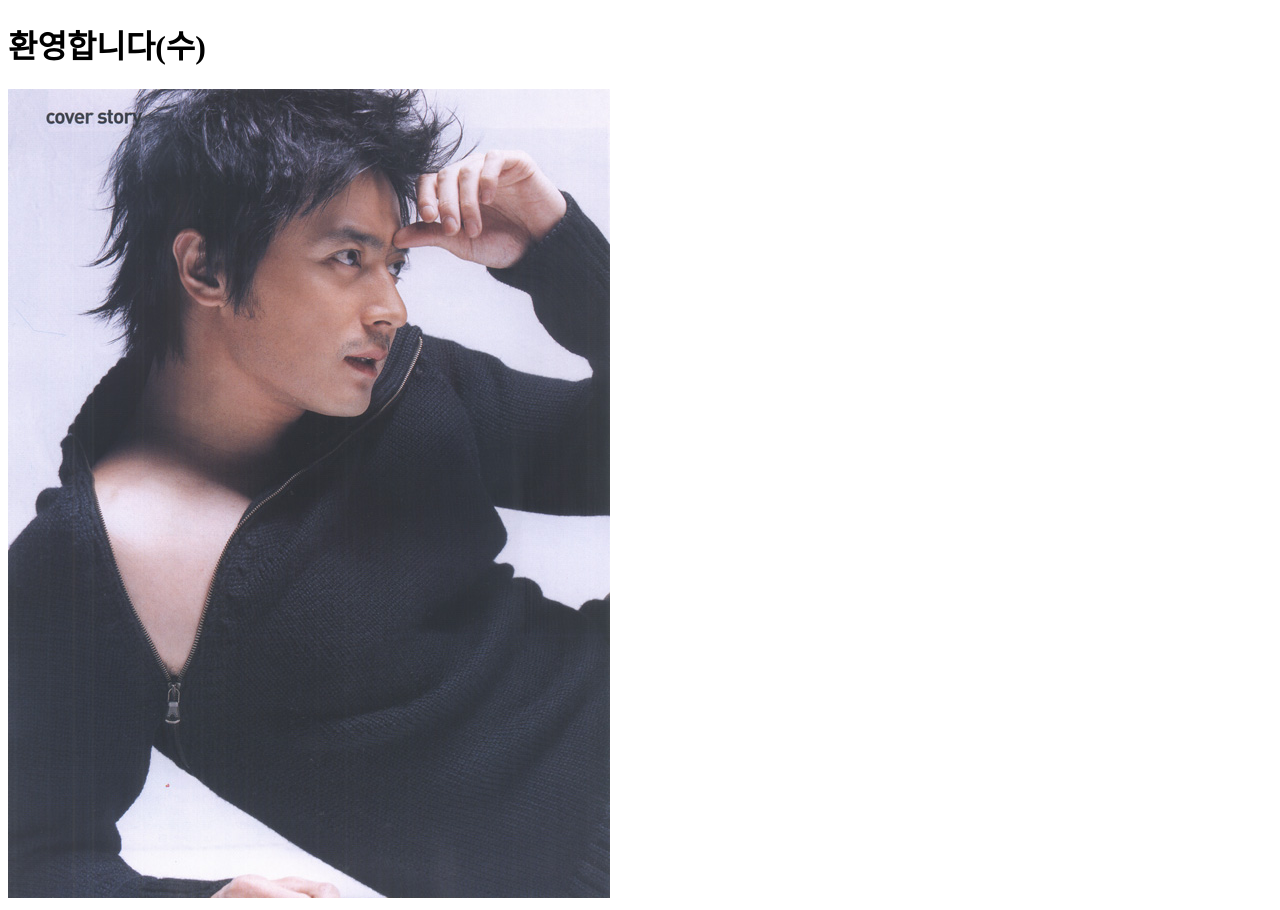
Repository: wishinghyun/multicampus
Page: webwork/clientweb/WebContent/js_basic/js_switch_test.html
The author's editor kept a copy of each file at every save. The page is drawn from the files as they stood at one save, then again after the next save.
The browser window is 1280 px wide. The pictures show the whole page.

Above is the page before, as saved 2020-01-07 03:54:40.

### webwork/clientweb/WebContent/js_basic/js_switch_test.html
<!DOCTYPE html>
<html>
<head>
	<meta charset="EUC-KR">
	<title>Insert title here</title>
</head>
<body>
	<script type="text/javascript">
		var jumsu;
		jumsu= 100;
		switch(jumsu/10)
		{
			case 10:
			case 9:
			case 8:
				document.write("<h1>환영합니다(수)</h1>");
				document.write("<img src='../images/jang1.jpg'/>");
				break;
			case 7:
			case 6:
				document.write("미");
				break;
			case 5:
			case 4:
				document.write("우");
				break;
			case 3:
			case 2:
				document.write("양");
				break;
			case 1:
			case 0:
				document.write("가");
				break;
			default:
				alert("잘못입력");
		}
	</script>
</body>
</html>

After the next save:
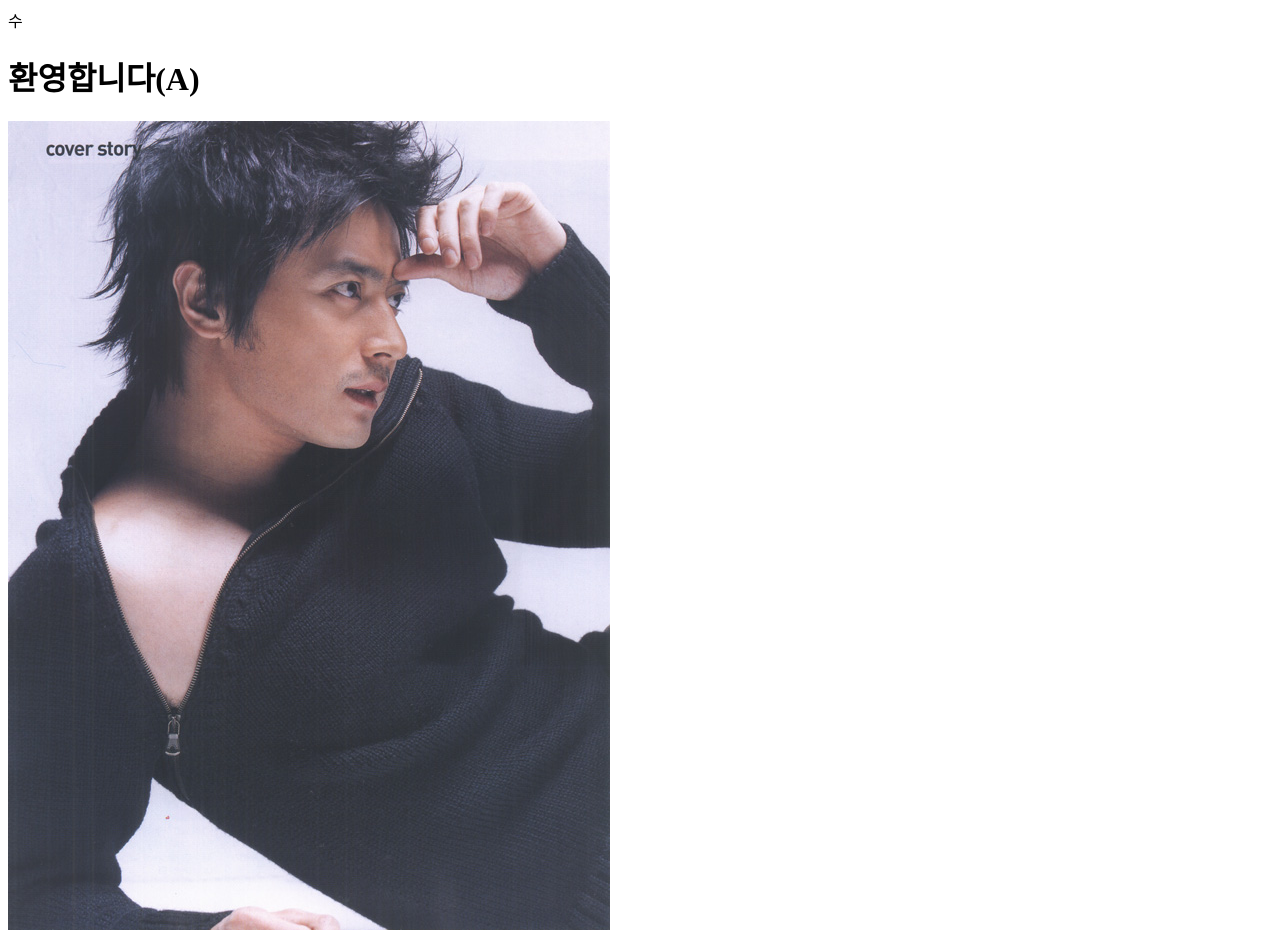
Saved 3 min 12 s later.
--- a/webwork/clientweb/WebContent/js_basic/js_switch_test.html
+++ b/webwork/clientweb/WebContent/js_basic/js_switch_test.html
@@ -13,7 +13,8 @@
 			case 10:
 			case 9:
 			case 8:
-				document.write("<h1>환영합니다(수)</h1>");
+				document.write("수");
+				document.write("<h1>환영합니다(A)</h1>");
 				document.write("<img src='../images/jang1.jpg'/>");
 				break;
 			case 7:
